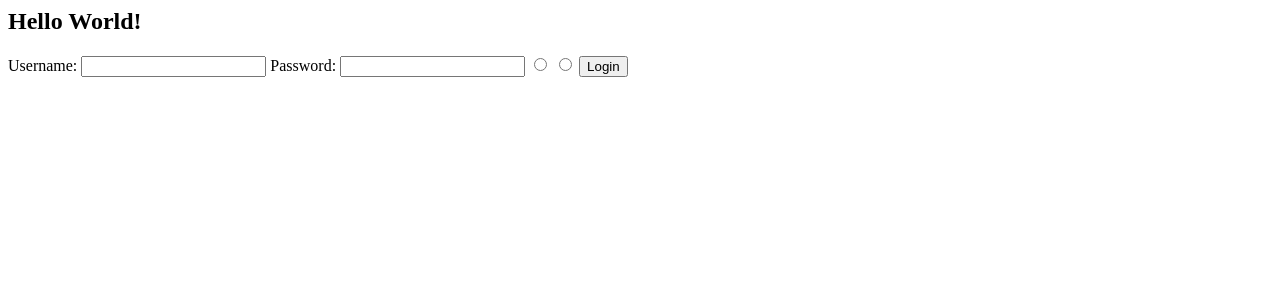
Repository: lharrill01/july_11_current_projects
Page: project1/src/main/webapp/Login.html
An editor plug-in stored every save of this project. The page is shown before and after the next save, followed by the edit.
The browser window is 1280 px wide. The pictures show the whole page.

Above is the page before, as saved 2019-07-07 19:00:54.

### project1/src/main/webapp/Login.html
<html>
<body>
<h2>Hello World!</h2>

<form action="Login" method="post">
	<label>Username: </label>
	<input type="text" name="username">
	<label>Password: </label>
	<input type="password" name="password">
	<input type="radio" name="ESswitch" value=1>
	<input type="radio" name="ESswitch" value=2>
	<input type="submit" value="Login">
</form>
</body>
</html>

After the next save:
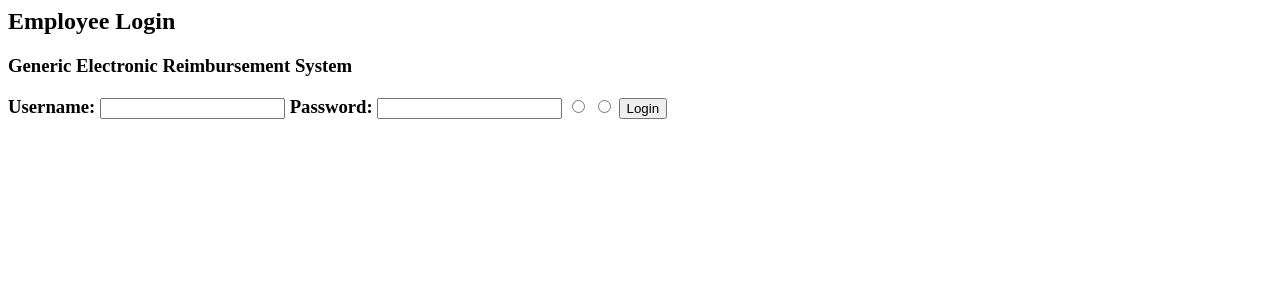
Saved 71 s later.
--- a/project1/src/main/webapp/Login.html
+++ b/project1/src/main/webapp/Login.html
@@ -1,6 +1,7 @@
 <html>
 <body>
-<h2>Hello World!</h2>
+<h2>Employee Login</h2>
+<h3>Generic Electronic Reimbursement System<h3>
 
 <form action="Login" method="post">
 	<label>Username: </label>
